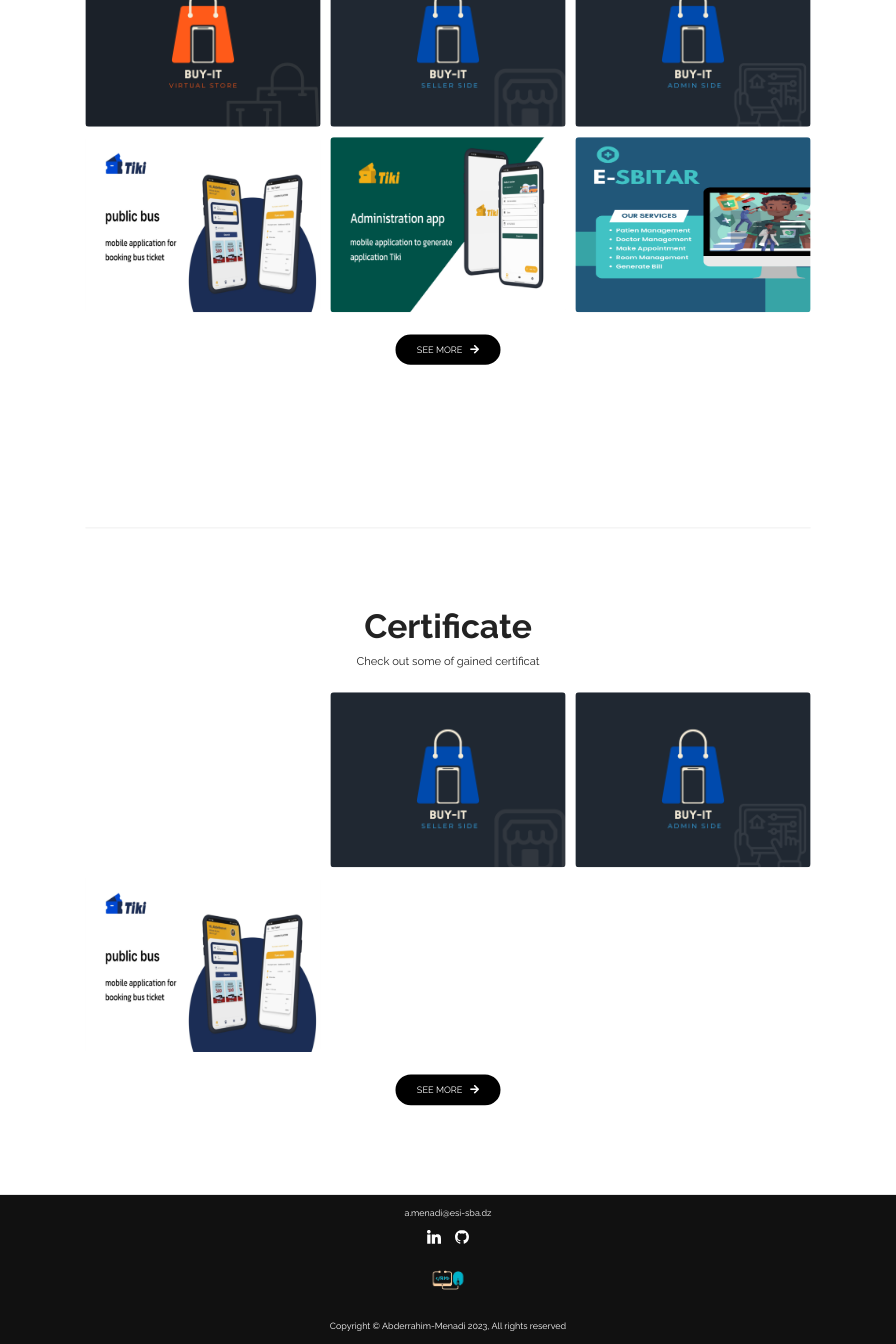
Repository: rahimmenadi/My-Website
Page: index.html
An editor plug-in stored every save of this project. The page is shown before and after the next save, followed by the edit.
The browser window is 1280 px wide. The pictures show the part of the page from y = 1940 to 3860 px (the page is 3860 px tall), at 70% of full size.
The page's requests for data from a server got no answer.

Above is the page before, as saved 2023-11-07 10:14:24.

After the next save:
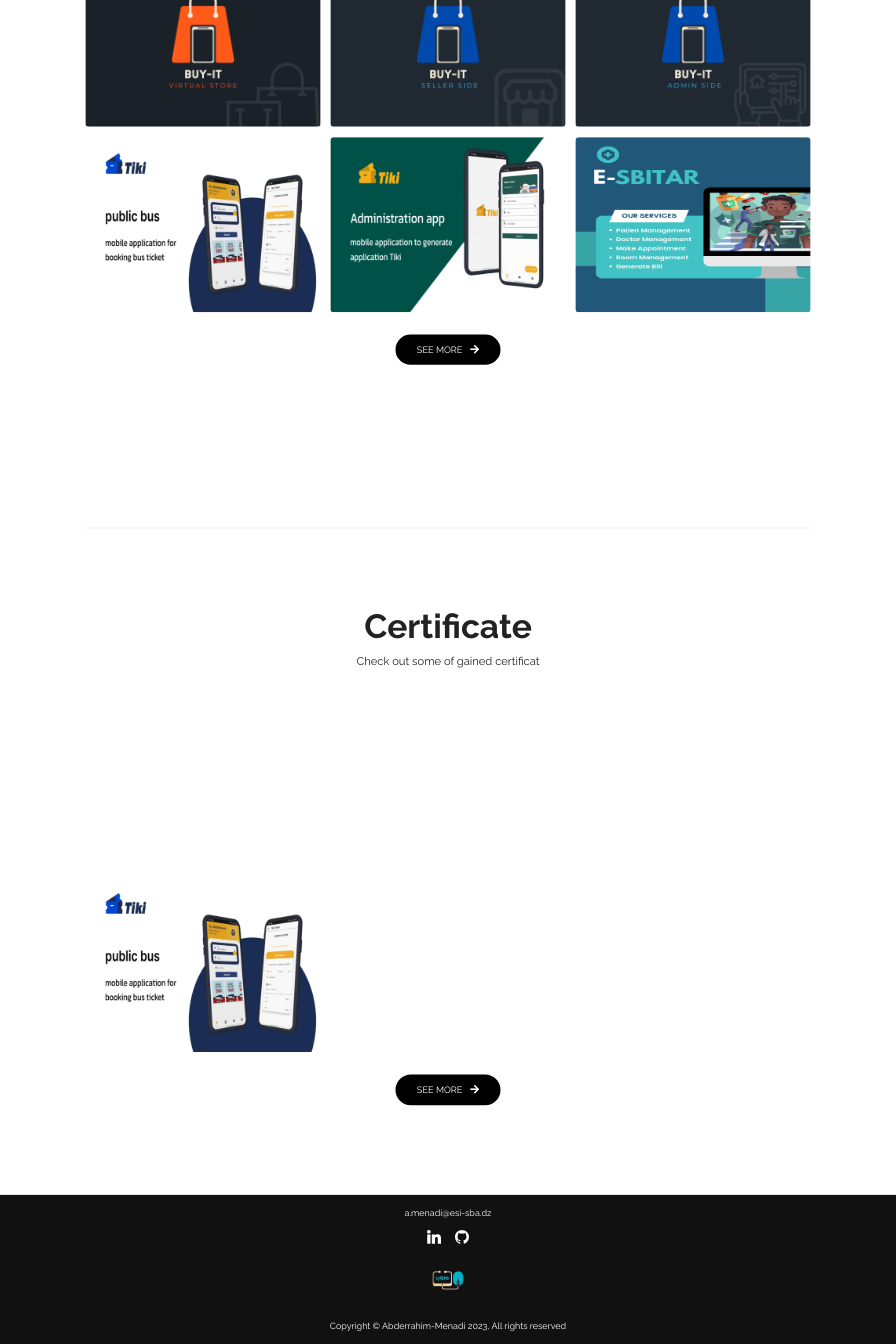
Saved 75 s later.
--- a/index.html
+++ b/index.html
@@ -336,7 +336,7 @@
         </div>
 
         <!-- Project 2 -->
-        <div href="" class="card">
+        <div href="" class="card-cer">
           <div class="project-info">
             <div class="project-bio">
               <h3>Buy-it Seller Side</h3>
@@ -351,7 +351,7 @@
         </div>
 
         <!-- Porject 3 -->
-        <div href="" class="card">
+        <div href="" class="card-cer">
           <div class="project-info">
             <div class="project-bio">
               <h3>Buy-it Admin Side</h3>
